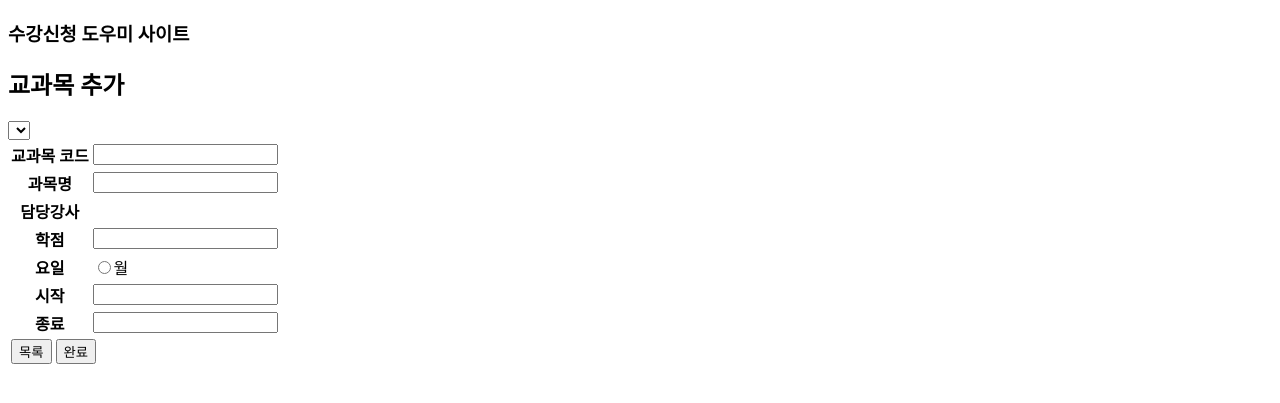
Repository: star-min/jsp_basic
Page: http://localhost/HRD_A02/addCourse.jsp
An editor plug-in stored every save of this project. The page is shown before and after the next save, followed by the edit.
The browser window is 1280 px wide. The pictures show the whole page.
The page is served by Tomcat 9. Queries for data that is not in the repository find no rows.

Above is the page before, as saved 2022-08-17 04:53:41.

After the next save:
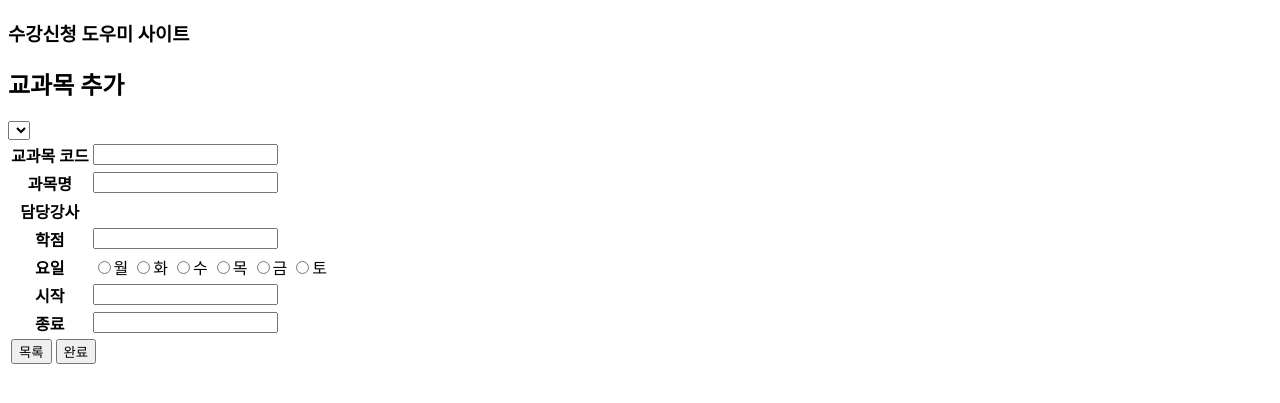
Saved 23 s later.
--- a/hrdkorea/HRD_A02/WebContent/addCourse.jsp
+++ b/hrdkorea/HRD_A02/WebContent/addCourse.jsp
@@ -64,6 +64,11 @@
 					<th>요일</th>
 					<td>
 						<input type="radio" name="week"><label>월</label>
+						<input type="radio" name="week"><label>화</label>
+						<input type="radio" name="week"><label>수</label>
+						<input type="radio" name="week"><label>목</label>
+						<input type="radio" name="week"><label>금</label>
+						<input type="radio" name="week"><label>토</label>
 					</td>
 				</tr>
 				<tr>
